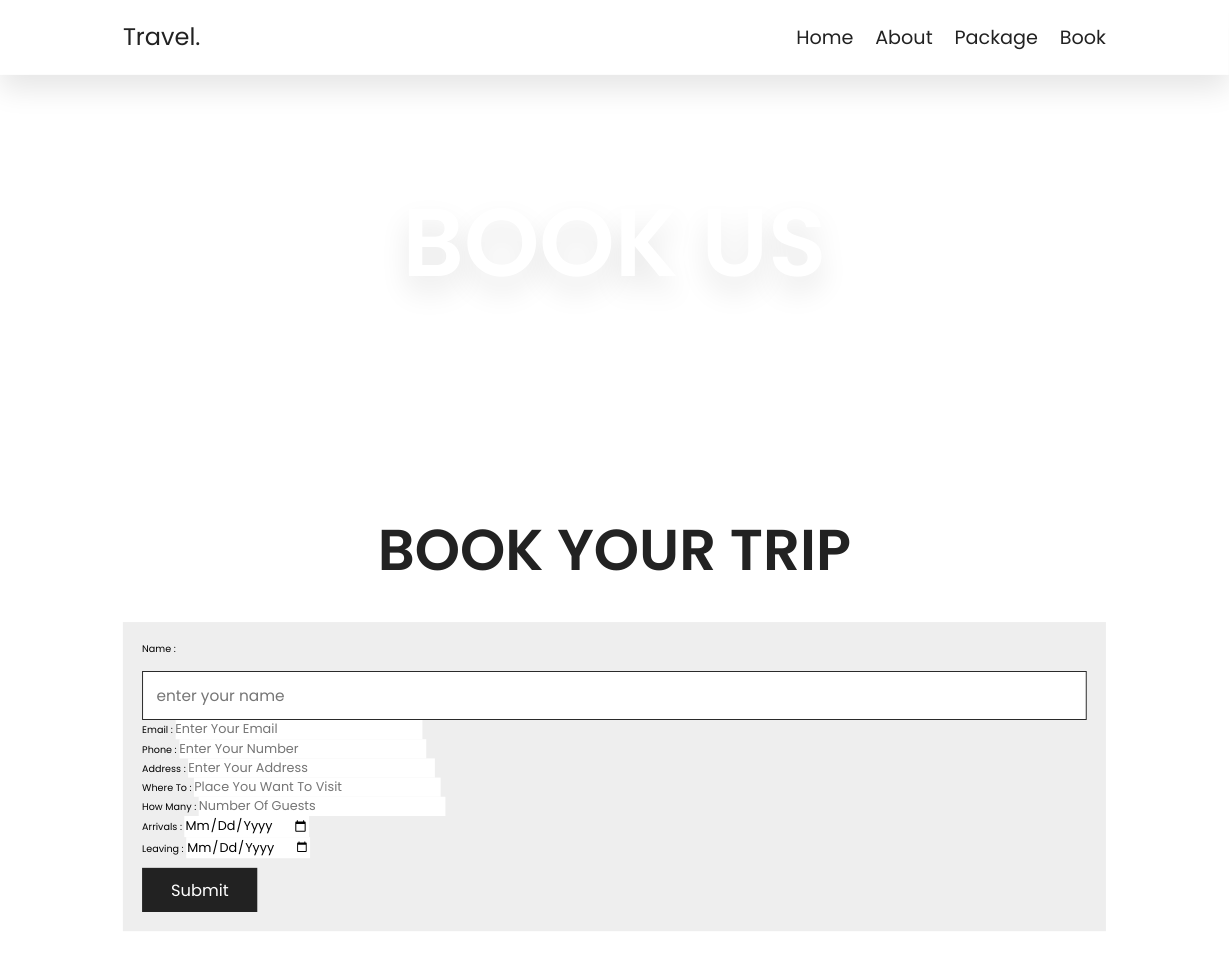
Repository: CTCuong/Traveloka-Web
Page: assets/book.html
These files come from the project's save history. The page is drawn as it stood at one moment and after the next save; the edit follows.
The browser window is 1280 px wide. The pictures show the part of the page from y = 0 to 1020 px (the page is 1666 px tall before and 2100 px after), at 96% of full size.
Pictures or frames that could not be fetched are drawn as grey boxes. Backgrounds fixed to the window are drawn as part of the page.

Above is the page before, as saved 2023-07-08 15:51:36.
Console error: TypeError: Cannot set properties of null (setting 'onclick')

### assets/book.html
<!DOCTYPE html>
<html lang="en">
<head>
    <meta charset="UTF-8">
    <meta name="viewport" content="width=device-width, initial-scale=1.0">
    <title>Book</title>
    <!--swiper css-->
    <link rel="stylesheet"href="https://cdn.jsdelivr.net/npm/swiper@9/swiper-bundle.min.css"/>
    <!--font awesome link-->
    <link rel="stylesheet" href="https://cdnjs.cloudflare.com/ajax/libs/font-awesome/6.4.0/css/all.min.css">
    <!-- css file link -->
    <link rel="stylesheet" href="/assets/css/style.css">
</head>
<body>
    <!-- header section starts -->
    <section class="header">
        <a href="home.html" class="logo">travel.</a>

        <nav class="navbar">
            <a href="home.html">Home</a>
            <a href="about.html">About</a>
            <a href="package.html">Package</a>
            <a href="book.html">Book</a>

        </nav>

        <div id="menu-btn" class="fas fa-bars"></div>
    </section>
    <!-- header section ends -->

    <div class="heading" style="background: url() no-repeat;">
        <h1>book us</h1>
    </div>

    <!--book section starts-->

    <section class="booking">

        <h1 class="heading-title">book your trip</h1>

        <form action="book_form.html" method="post" class="book-form">

            <div class="flex">
                <div class="inputBox">
                    <span>name :</span>
                    <input type="text" placeholder="enter your name" name="name">
                </div>
            </div>

            <div class="inputBox">
                <span>email :</span>
                <input type="email" placeholder="enter your email" name="email">
            </div>

            <div class="inputBox">
                <span>phone :</span>
                <input type="number" placeholder="enter your number" name="number">
            </div>

            <div class="inputBox">
                <span>address :</span>
                <input type="text" placeholder="enter your address" name="address">
            </div>

            <div class="inputBox">
                <span>where to :</span>
                <input type="text" placeholder="place you want to visit" name="location">
            </div>

            <div class="inputBox">
                <span>how many :</span>
                <input type="number" placeholder="number of guests" name="guests">
            </div>

            <div class="inputBox">
                <span>arrivals :</span>
                <input type="date" name="arrivals">
            </div>

            <div class="inputBox">
                <span>leaving :</span>
                <input type="date" name="leaving">
            </div>

            <input type="submit" value="submit" class="btn" name ="send">
        </form>
    </section>
    <!--book section ends-->


    <!-- footer section starts -->

    <section class="footer">
        <div class="box-container">

            <div class="box">
                <h3>quick links</h3>
                <a href="home.html"><i class="fas fa-angle-right"></i>Home</a>
                <a href="about.html"><i class="fas fa-angle-right"></i>About</a>
                <a href="package.html"><i class="fas fa-angle-right"></i>Package</a>
                <a href="book.html"><i class="fas fa-angle-right"></i>Book</a>
            </div>

            <div class="box">
                <h3>extra links</h3>
                <a href="#"><i class="fas fa-angle-right"></i> ask question</a>
                <a href="#"><i class="fas fa-angle-right"></i> about us</a>
                <a href="#"><i class="fas fa-angle-right"></i> privacy policy</a>
                <a href="#"><i class="fas fa-angle-right"></i> terms of use</a>
            </div>

            <div class="box">
                <h3>contract info</h3>
                <a href="#"><i class="fas fa-phone"></i> +84 098-326-789 </a>
                <a href="#"><i class="fas fa-phone"></i> +84 023-908-7865 </a>
                <a href="#"><i class="fas fa-envelope"></i> travekhanas@gmail.com </a>
                <a href="#"><i class="fas fa-map"></i> HaNoi, VietNam   </a>
            </div>

            <div class="box">
                <h3>follow us</h3>
                <a href="#"><i class="fab fa-facebook"></i> facebook </a>
                <a href="#"><i class="fab fa-twitter"></i> twitter </a>
                <a href="#"><i class="fab fa-instagram"></i> instagram </a>
                <a href="#"><i class="fab fa-telegram"></i> telegram </a>
            </div>

        </div>

        <div class="credit"> created by <span>mr. Cao Tran Cuong</span> | all rights reserved! </div>
    </section>
    <!-- footer section ends -->

    <!--swiper js-->
    <script src="https://cdn.jsdelivr.net/npm/swiper@9/swiper-bundle.min.js"></script>
    <!-- js file link -->
    <script src="/assets/js/scrip.js"></script>
</body>
</html>

### assets/css/style.css
@import url('https://fonts.googleapis.com/css2?family=Poppins:ital,wght@0,100;0,200;0,300;0,400;0,500;0,600;1,100;1,200;1,300;1,400;1,500;1,600&display=swap');

:root {
    --main-color:#6A5AF9;
    --black:#222;
    --white: #fff;
    --light-black:#777;
    --light-white:#fff9;
    --drak-bg:rgba(0,0,0,.7);
    --light-bg:#eee;
    --border: .1rem solid #222;
    --text-shadow:0 1.5rem 3rem rgba(0,0,0,.3);
    --box-shadow:0 1.5rem 3rem rgba(0,0,0,.1);
}
* {
    font-family: 'Poppins', sans-serif;
    margin: 0; padding: 0;
    outline: none;border: none;
    box-sizing: border-box;
    text-decoration: none;
    text-transform: capitalize;

}

html {
    font-size: 62.5%;
    overflow-x: hidden;
}

html::-webkit-scrollbar {
    width : 1rem;
}

html::-webkit-scrollbar-track {
    background-color: var(--white);
}

html::-webkit-scrollbar-thumb {
    background-color: var(--main-color);
}
section {
    padding: 5rem 10%;
}
.header {
    position: sticky;
    top:0; left: 0; right: 0;
    z-index: 1000;
    background-color: var(--white);
    display: flex;
    padding-top: 2rem;
    padding-bottom: 2rem;
    box-shadow: var(--box-shadow);
    align-items: center;
    justify-content:space-between;
}

.header .logo {
    font-size: 2.5rem;
    color: var(--black);
}

.header .navbar a {
    font-size: 2rem;
    margin-left: 2rem;
    color: var(--black);
}

#menu-btn {
    font-size: 2.5rem;
    color: var(--black);
    cursor: pointer;
    display: none;
}

.home {
    padding: 0;
}

.home .slide {
    text-align: center;
    padding: 2rem;
    display: flex;
    align-items: center;
    justify-content: center;
    background-size: cover !important;
    background-position: center !important;
    min-height: 60rem;
}

.home .slide .content {
    width: 85rem;
    display: none;
}

.home .swiper-slide-active .content {
    display: inline-block;
}

.home .slide .content span {
    display: block;
    font-size: 2.2rem;
    color: var(--light-white);
    padding-bottom: 1rem;
    animation:fadeIn .4s linear backwards .2s;
}

.home .slide .content h3 {
    font-size: 6vw;
    color: var(--white);
    text-transform: uppercase;
    line-height: 1;
    text-shadow: var(--text-shadow);
    padding: 1rem 0;
    animation:fadeIn .4s linear backwards .4s;
}

.home .slide .content .btn {
    animation:fadeIn .4s linear backwards .6s;
}


@keyframes fadeIn {
    0% {
        transform: scale(0);
        opacity: 0;
    }
}


.heading {
    background-size: cover !important;
    background-position: center !important;
    padding-top: 10rem;
    padding-bottom: 15rem;
    display: flex;
    align-items: center;
    justify-content: center;
}

.heading h1 {
    font-size: 10rem;
    text-transform: uppercase;
    color: var(--white);
    text-shadow: var(--box-shadow);
}

.about {
    display: flex;
    align-items: center;
    flex-wrap: wrap;
    gap:3rem;
}

.about .image {
    flex: 1 1 41rem;
}

.about .image img {
    width: 100%;
}

.about .content {
    flex: 1 1 41rem;
    text-align: center;
}

.about .content h3 {
    font-size: 3rem;
    color: var(--black);
}

.about .content p {
    font-size: 1.5rem;
    color: var(--light-black);
    line-height: 2;
    padding: 1rem 0;
}

.about .content .icons-container {
    margin-top: 2rem;
    display: flex;
    flex-wrap: wrap;
    gap :1.5rem;
    align-items: flex-end;
}

.about .content .icons-container .icons {
    background: var(--light-bg);
    padding: 2rem;
    flex: 1 1  10rem;
}

.about .content .icons-container .icons i {
    font-size: 4rem;
    margin-top: 2rem;
    color:  var(--main-color);
}

.about .content .icons-container .icons span {
    font-size: 1.5rem;
    color: var(--light-black);
    display: block;
}

.reviews {
    background: var(--light-bg);
}

.reviews .slide {
    padding: 2rem;
    border: var(--border);
    background: var(--white);
    text-align: center;
    box-shadow: var(--box-shadow);
    user-select: none;
}

.reviews .slide .stars i {
    font-size: 1.7rem;
    color: var(--main-color);
}

.reviews .slide p {
    font-size: 1.5rem;
    color: var(--light-black);
    line-height: 2;
    padding: 1rem 0;
}

.reviews .slide h3 {
    font-size: 2rem;
    color: var(--black);
}

.reviews .slide span {
    font-size: 1.5rem;
    color: var(--main-color);
    display: block;
}

.reviews .slide img {
    height: 7rem;
    width: 7rem;
    border-radius: 50%;
    object-fit: cover;
    margin-top: 1rem;
}

.reviews .slide .stars {
    padding-bottom: .5rem;
}




.btn {
    display: inline-block;
    background: var(--black);
    margin-top: 1rem;
    color: var(--white);
    font-size: 1.7rem;
    padding: 1rem 3rem;
    cursor: pointer;

}

.btn:hover {
    background: var(--main-color);
}

.home-about {
    display: flex;
    align-items: center;
    flex-wrap: wrap;
}

.home-about .image {
    flex: 1 1 41rem;
}

.home-about .image img {
    width: 100%;

}

.home-about .content {
    flex: 1 1 41rem;
    padding: 3rem;
    background: var(--light-bg);
}

.home-about .content h3 {
    font-size: 3rem;
    color: var(--black);
}

.home-about .content p {
    font-size: 1.5rem;
    padding: 1rem;
    line-height:2 ;
    color: var(--black);
}

.home-packages {
    background: var(--light-bg);
}

.home-packages .box-container .box {
    border: var(--border);
    box-shadow: var(--box-shadow);
    background: var(--white);
}

.home-packages .box-container {
    display: grid;
    grid-template-columns: repeat(auto-fit, minmax(30rem, 1fr));
    gap : 2rem;
}

.home-packages .box-container .box .image {
    height: 25rem;
    overflow: hidden;
}

.home-packages .box-container .box .image img {
    height: 100%;
    width: 100%;
    object-fit: cover;
    transition: .2s linear;
}

.home-packages .box-container .box:hover .image img {
    transform: scale(1.1);

}

.home-packages .box-container .box .content {
    padding: 2rem;
    text-align: center;

}

.home-packages .box-container .box .content h3 {
    font-size: 2.5rem;
    color: var(--black);
}

.home-packages .box-container .box .content p {
    font-size: 1.5rem;
    color: var(--light-black);
    line-height: 2;
    padding: 1rem 0;
}

.home-packages .load-more {
    text-align: center;
    margin-top: 2rem;
}

.home-offer {
    text-align: center;
}

.home-offer .content {
    max-width: 50rem;
    margin: 0 auto;
}

.home-offer .content h3 {
    font-size: 3.5rem;
    text-transform: uppercase;
    color: var(--black);
}

.home-offer .content p {
    font-size: 1.5rem;
    color: var(--black);
    line-height: 2;
    padding: 1rem 0;
}


.services .box-container {
    display: grid;
    grid-template-columns: repeat(auto-fit, minmax(16rem, 1fr));
    gap : 1.5rem;
}

.services .box-container .box {
    padding: 3rem 2rem;
    text-align: center;
    background: var(--main-color);
    cursor: pointer;
}


.services .box-container .box:hover {
    background: var(--black) ;
}

.services .box-container .box h3 {
    color: var(--white);
    font-size: 1,7rem;
    padding-top: 1rem;
}

.services .box-container .box img {
    height: 7rem;
}

.heading-title {
    text-align: center;
    margin-bottom: 3rem;
    font-size: 6rem;
    text-transform: uppercase;
    color: var(--black);
}

.packages .box-container .box {
    border: var(--border);
    box-shadow: var(--box-shadow);
    background: var(--white);
    display: none;
}

.packages .box-container .box:nth-child(1),
.packages .box-container .box:nth-child(2),
.packages .box-container .box:nth-child(3),
.packages .box-container .box:nth-child(4),
.packages .box-container .box:nth-child(5),
.packages .box-container .box:nth-child(6){
    display: inline-block;
}

.packages .box-container {
    display: grid;
    grid-template-columns: repeat(auto-fit, minmax(30rem, 1fr));
    gap : 2rem;
}

.packages .box-container .box .image {
    height: 25rem;
    overflow: hidden;
}

.packages .box-container .box .image img {
    height: 100%;
    width: 100%;
    object-fit: cover;
    transition: .2s linear;
}

.packages .box-container .box:hover .image img {
    transform: scale(1.1);

}

.packages .box-container .box .content {
    padding: 2rem;
    text-align: center;

}

.packages .box-container .box .content h3 {
    font-size: 2.5rem;
    color: var(--black);
}

.packages .box-container .box .content p {
    font-size: 1.5rem;
    color: var(--light-black);
    line-height: 2;
    padding: 1rem 0;
}

.packages .load-more {
    text-align: center;
    margin-top: 2rem;
}

.booking .book-form {
    padding: 2rem;
    background: var(--light-bg);
}

.booking .book-form .flex {
    display: flex;
    flex-wrap: wrap;
    gap:2rem;
}

.booking .book-form .flex .inputBox {
    flex: 1 1 41rem;
}

.booking .book-form .flex .inputBox input {
    width: 100%;
    padding: 1.2rem 1.4rem;
    font-size: 1.6rem;
    color: var(--light-black);
    text-transform: none;
    margin-top: 1.5rem;
    border: var(--border);
}

.booking .book-form .flex .inputBox input:focus {
    background: var(--black);
    color: var(--white);
}

.booking .book-form .flex .inputBox input:focus::placeholder {
    color: var(--light-white);
}




























.footer {
    background:url(/assets/image/Footer/low-angle-nature-night-time.jpg) no-repeat;
    background-size: cover;
    background-position: center;
    background-attachment: fixed;
}

.footer .box-container {
    display: grid;
    grid-template-columns: repeat(auto-fit, minmax(25rem, 1fr));
    gap : 3rem;
}

.footer .box-container .box h3{
    color: var(--white);
    font-size: 2.5rem;
    padding-bottom: 2rem;
}

.footer .box-container .box a {
    color: var(--light-white);
    font-size: 1.5rem;
    padding-bottom: 1.5rem;
    display: block;
}

.footer .box-container .box a i {
    color: var(--main-color);
    padding-right: .5rem;
    transition: .2s linear ;
}

.footer .box-container .box a:hover i {
    padding-right: 2rem;
}

.footer .credit {
    text-align: center;
    padding-top: 3.5rem;
    margin-top: 3rem;
    border-top: .1rem solid var(--light-bg);
    font-size: 2rem;
    color: var(--white);
}

.footer .credit span {
    color:var(--main-color);
}



/* media queries */
@media (max-width:1200px) {

    section {
        padding: 3rem 5%;
    }

}

@media (max-width:991px) {

    html {
        font-size: 55%;
    }

    section {
        padding: 3rem 2rem;
    }

    .home .slide .content h3 {
        font-size: 10vw;
    }
}

@media (max-width:768px) {
    #menu-btn {
         display: inline-block;
         transition: .2s linear;
    }

    #menu-btn.fa-times {
        transform: rotate(180deg);
    }

    .header .navbar {
        position: absolute;
        top:99%; left:0; right:0;
        background-color: var(--white);
        border-top: var(--border);
        padding: 2rem;
        transition: .2s linear;
        clip-path: polygon(0 0, 100% 0, 100% 0, 0 0);
    }

    .header .navbar.active {
        clip-path: polygon(0 0, 100% 0, 100% 100%, 0 100%);
    }

    .header .navbar a {
        display:block;
        margin: 2rem;
        text-align: center ;
    }

}
@media (max-width:450px) {

    html {
        font-size: 50%;
    }

    .heading-title {
        font-size: 3.5rem;
    }

}

### assets/js/scrip.js
let menu = document.querySelector('#menu-btn');
let navbar = document.querySelector('.header .navbar');

menu.onclick = () =>{
    menu.classList.toggle('fa-times');
    navbar.classList.toggle('active');
};

window.onscroll = () => {
    menu.classList.remove('fa-times')
    navbar.classList.remove('active')

};

var swiper = new Swiper(".home-slider", {
  loop:true,
  navigation: {
    nextEl: ".swiper-button-next",
    prevEl: ".swiper-button-prev",
  },
});



var swiper = new Swiper(".reviews-slider", {
  slidesPerView: 3,
  spaceBetween:30,
  slidesPerGroup:3,
  loop:true,
  loopFillGroupWithBlank: true,
  pagination: {
    el:".swiper-pagination",
    clickable:true,
  },
  navigation: {
    nextEl:".swiper-button-next",
    prevEl:".swiper-button-prev",
  },
});

let loadMoreBtn = document.querySelector('.packages .load-more .btn');
let currentItem = 3;

loadMoreBtn.onclick = () =>{
  let boxes = [...document.querySelectorAll('.packages .box-container .box')];
  for (var i = currentItem; i < currentItem + 3; i ++){
    boxes[i].style.display = 'inline-block';
  };
  currentItem +=3;
  if(currentItem >=boxes.length){
    loadMoreBtn.style.display = 'none';
  }
}

After the next save:
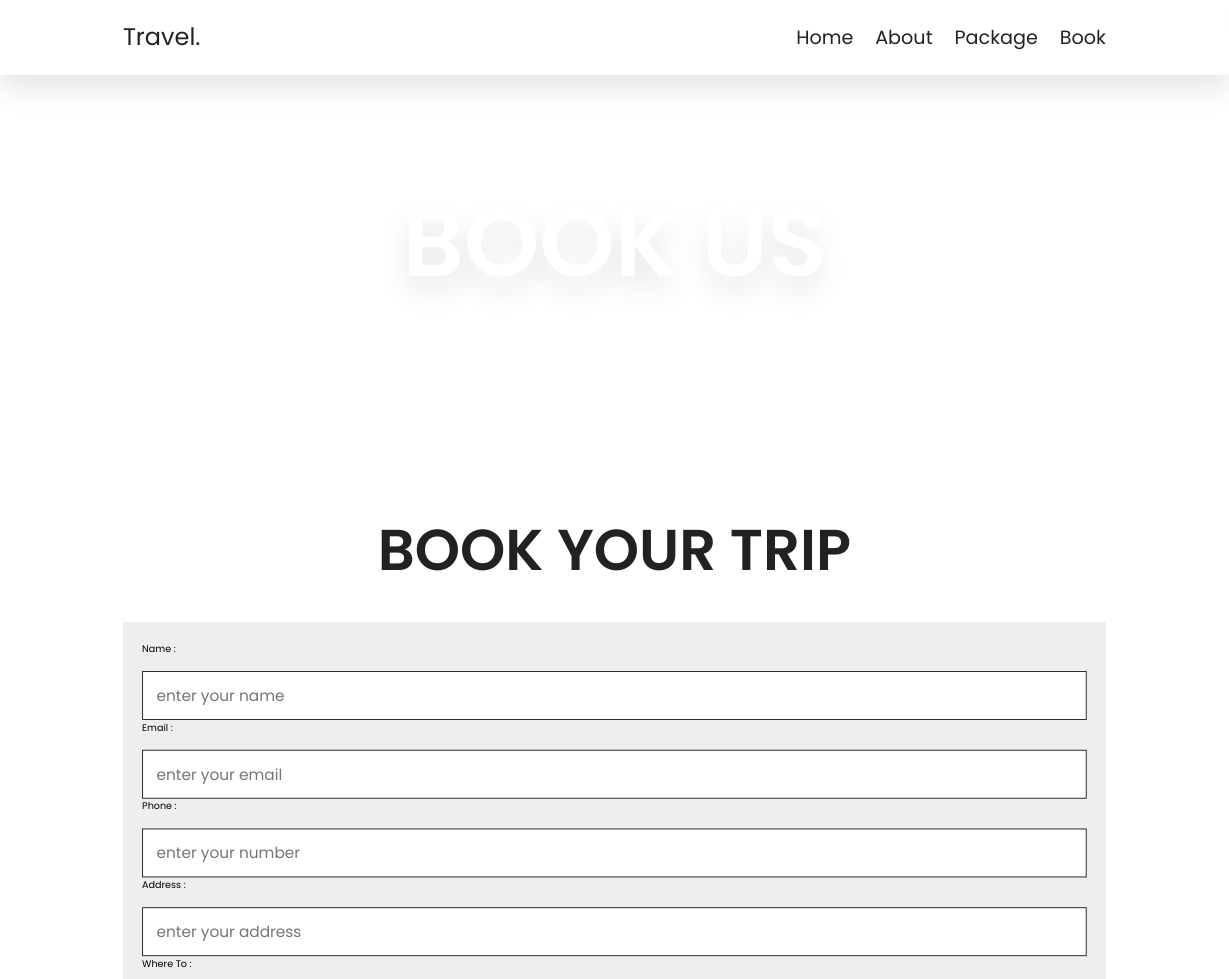
Saved 1 s later.
--- a/assets/book.html
+++ b/assets/book.html
@@ -47,39 +47,53 @@
                 </div>
             </div>
 
-            <div class="inputBox">
-                <span>email :</span>
-                <input type="email" placeholder="enter your email" name="email">
+            <div class="flex">
+                <div class="inputBox">
+                    <span>email :</span>
+                    <input type="email" placeholder="enter your email" name="email">
+                </div>
             </div>
 
-            <div class="inputBox">
-                <span>phone :</span>
-                <input type="number" placeholder="enter your number" name="number">
+            <div class="flex">
+                <div class="inputBox">
+                    <span>phone :</span>
+                    <input type="number" placeholder="enter your number" name="number">
+                </div>
             </div>
 
-            <div class="inputBox">
-                <span>address :</span>
-                <input type="text" placeholder="enter your address" name="address">
+            <div class="flex">
+                <div class="inputBox">
+                    <span>address :</span>
+                    <input type="text" placeholder="enter your address" name="address">
+                </div>
             </div>
 
-            <div class="inputBox">
-                <span>where to :</span>
-                <input type="text" placeholder="place you want to visit" name="location">
+            <div class="flex">
+                <div class="inputBox">
+                    <span>where to :</span>
+                    <input type="text" placeholder="place you want to visit" name="location">
+                </div>
             </div>
 
-            <div class="inputBox">
-                <span>how many :</span>
-                <input type="number" placeholder="number of guests" name="guests">
+            <div class="flex">
+                <div class="inputBox">
+                    <span>how many :</span>
+                    <input type="number" placeholder="number of guests" name="guests">
+                </div>
             </div>
 
-            <div class="inputBox">
-                <span>arrivals :</span>
-                <input type="date" name="arrivals">
+            <div class="flex">
+                <div class="inputBox">
+                    <span>arrivals :</span>
+                    <input type="date" name="arrivals">
+                </div>
             </div>
 
-            <div class="inputBox">
-                <span>leaving :</span>
-                <input type="date" name="leaving">
+            <div class="flex">
+                <div class="inputBox">
+                    <span>leaving :</span>
+                    <input type="date" name="leaving">
+                </div>
             </div>
 
             <input type="submit" value="submit" class="btn" name ="send">
